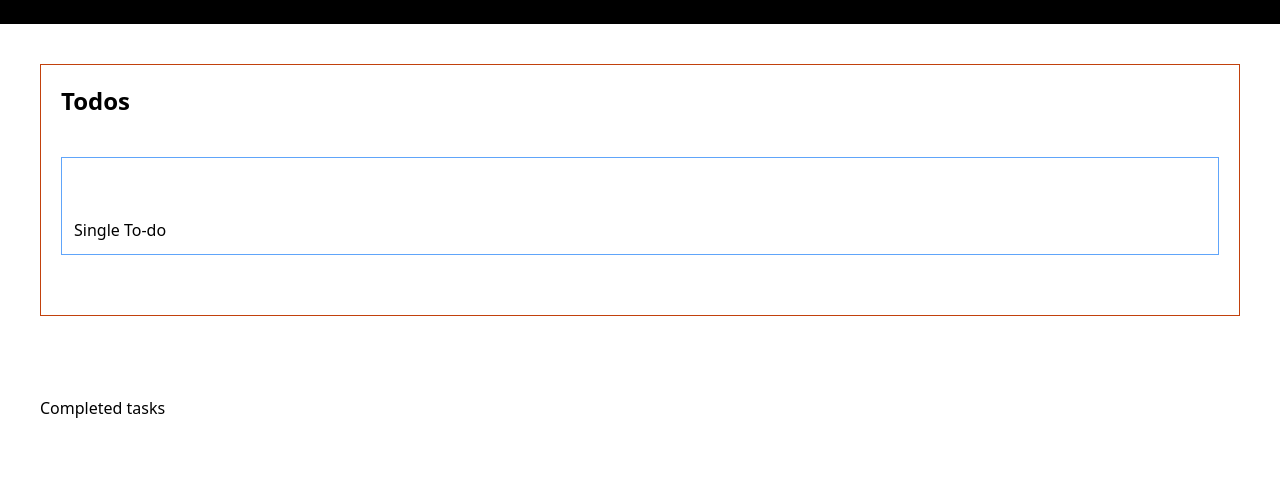
Repository: thekingisherenow/personalTodo
Page: /
An editor plug-in stored every save of this project. The page is shown before and after the next save, followed by the edit.
The browser window is 1280 px wide. The pictures show the whole page.
The project was rebuilt for these pictures with package versions that can differ from the ones it lists, and the page was loaded fresh each time. The framework's server and built-in components were replaced by stand-ins that run in the browser. Also part of the build but not shown: next.config.js, styles/Home.module.css.

Above is the page before, as saved 2022-12-15 15:02:52.

### pages/index.js
import Head from 'next/head'
import Image from 'next/image'
import Completed from '../components/Completed'
import Todos from '../components/Todos'
import styles from '../styles/Home.module.css'

export default function Home() {
  return (
    <div>
      <Head>
        <title>Create Next App</title>
        <meta name="description" content="To-do App" />
        <link rel="icon" href="/favicon.ico" />
      </Head>

     <div className='bg-white'>
      <h1 className='bg-black'>Completed --Tasks</h1>
      <Todos/>
      <Completed />
     </div>
    </div>
  )
}

### components/Completed.js
import React from 'react'

function Completed() {
  return (
    <div className='p-10'>
      Completed tasks
    </div>
  )
}

export default Completed

### components/Todos.js
import React from 'react'
import Todo from './Todo'

function Todos() {
  return (
    <div className='p-5 m-10 border border-orange-700'>
      <h1 className='font-bold text-2xl'>Todos</h1>

        <Todo />

    </div>
  )
}

export default Todos

### components/Todo.js
import React from 'react'
import { CheckCircleIcon } from '@heroicons/react/24/solid'

function Todo() {
  return (
    <div className='border border-blue-400 p-3 my-10'>
      <CheckCircleIcon className='m-4 p-2 text-orange-700 w-4 h-4 ' />
      <span>Single To-do</span>
    </div>
  )
}

export default Todo

Loaded but not shown: pages/_app.js (common file); styles/globals.css (common file); tailwind.config.js (common file)

After the next save:
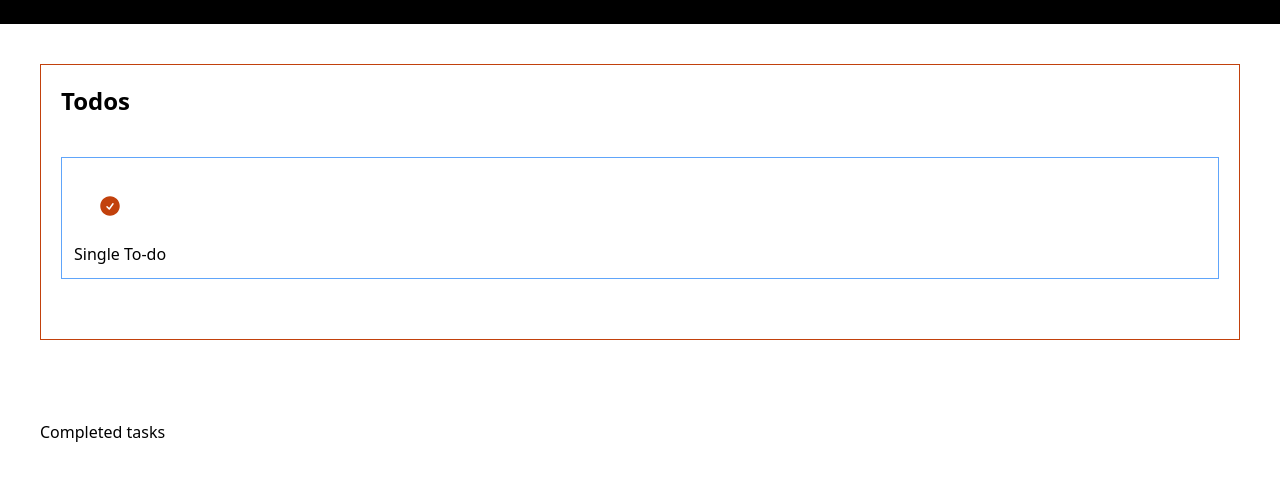
Saved 8 s later.
--- a/components/Todo.js
+++ b/components/Todo.js
@@ -4,7 +4,7 @@ import { CheckCircleIcon } from '@heroicons/react/24/solid'
 function Todo() {
   return (
     <div className='border border-blue-400 p-3 my-10'>
-      <CheckCircleIcon className='m-4 p-2 text-orange-700 w-4 h-4 ' />
+      <CheckCircleIcon className='m-4 p-2 text-orange-700 w-10 h-10 ' />
       <span>Single To-do</span>
     </div>
   )
